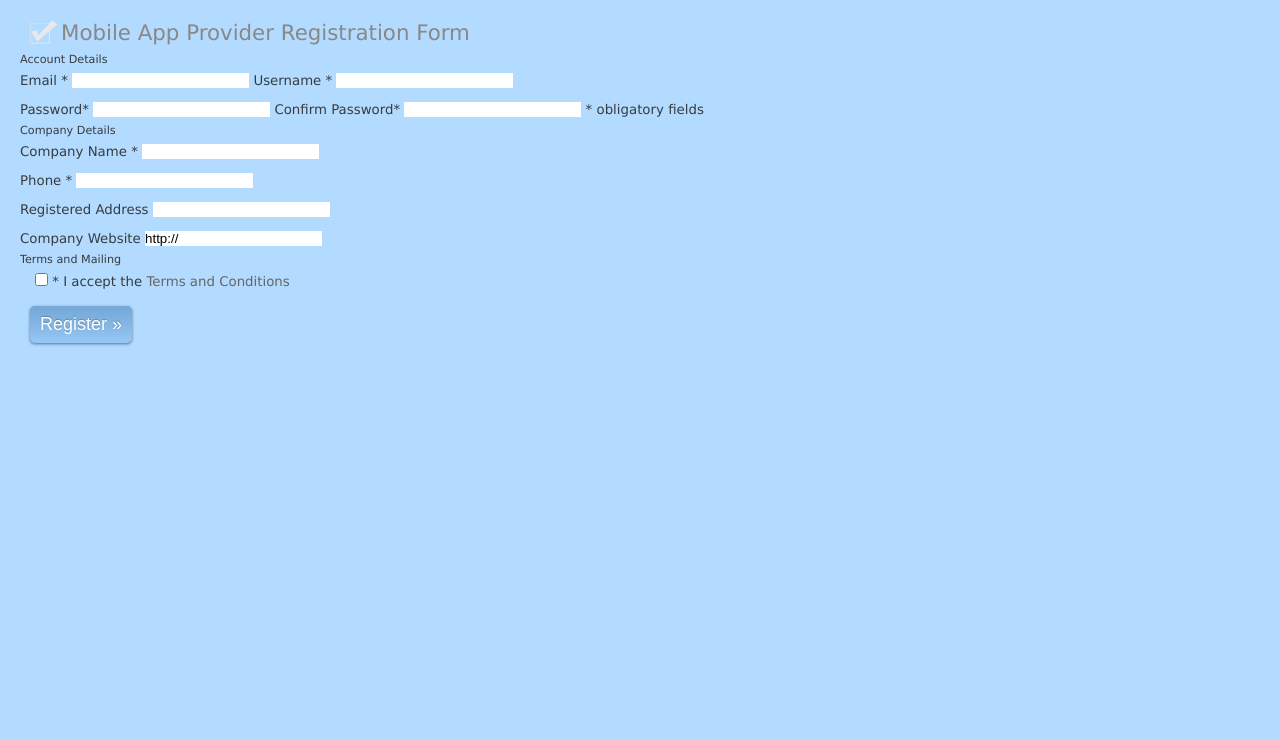
Repository: Bindu1006/CrowdTester
Page: http://localhost/CrowdTesterProject/jsp/AppProviderRegistrationPage.jsp
These files come from the project's save history. The page is drawn as it stood at one moment and after the next save; the edit follows.
The browser window is 1280 px wide. The pictures show the whole page.
The page is served by Tomcat 9.

Above is the page before, as saved 2015-11-25 00:36:35.

After the next save:
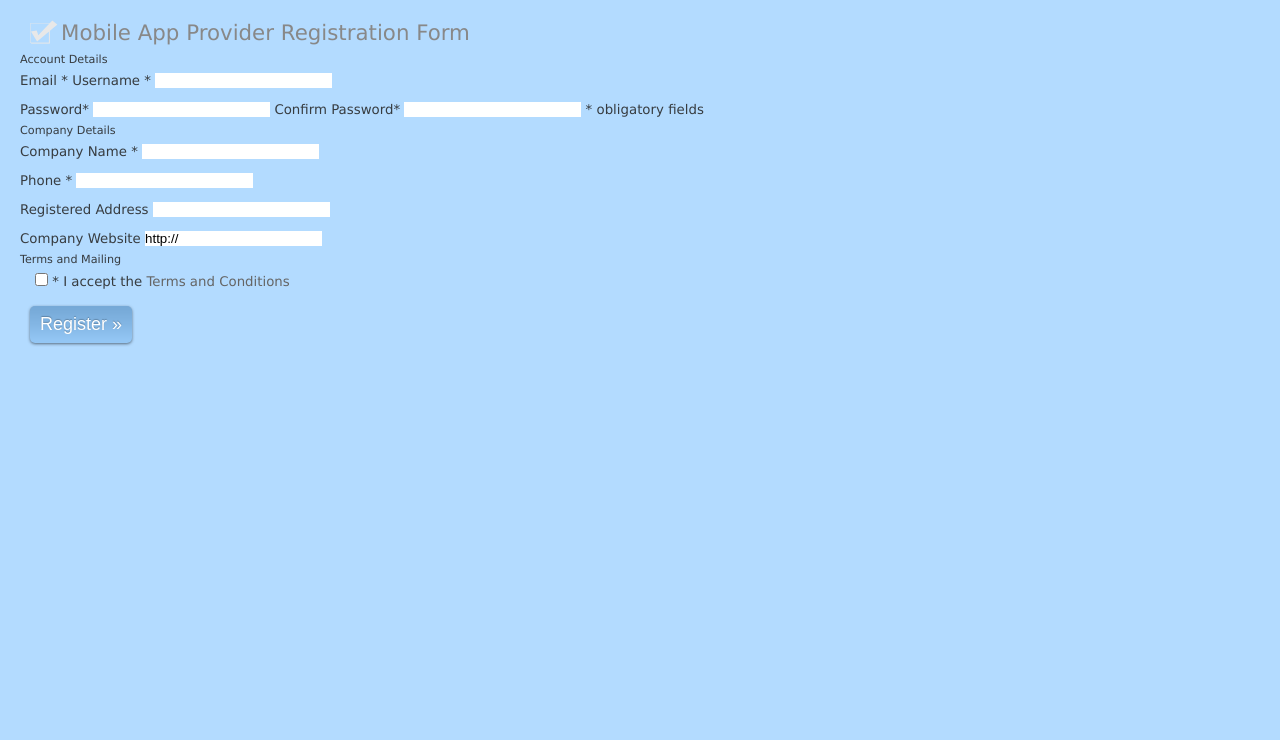
Saved 70 s later.
--- a/CrowdTesterProject/WebContent/jsp/AppProviderRegistrationPage.jsp
+++ b/CrowdTesterProject/WebContent/jsp/AppProviderRegistrationPage.jsp
@@ -14,7 +14,7 @@
                 <p>
                     <label>Email *
                     </label>
-                    <input type="text"/>
+                    <form:input path="email" placeholder="EMAIL"/>
                     <label>Username *
                     </label>
                     <input type="text"/>
